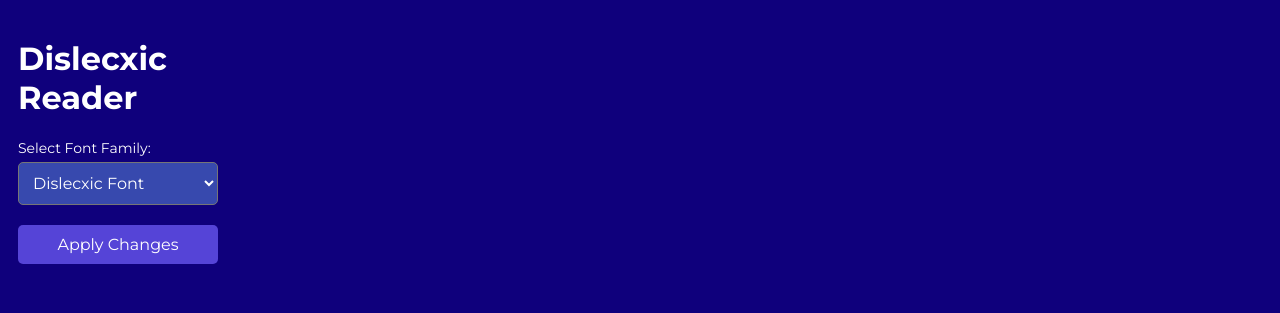
Repository: adatechschool/extension-navigateur-extension_walid_eliana_imelda
Page: Extention 3/popup.html
An editor plug-in stored every save of this project. The page is shown before and after the next save, followed by the edit.
The browser window is 1280 px wide. The pictures show the whole page.

Above is the page before, as saved 2024-01-16 23:49:32.

After the next save:
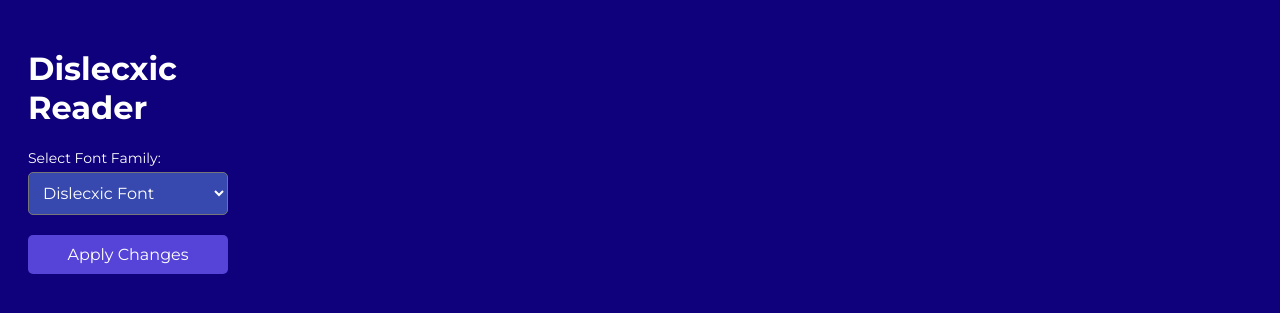
Saved 12 h 39 min later.
--- a/Extention 3/popup.css
+++ b/Extention 3/popup.css
@@ -1,9 +1,15 @@
+html,
 body {
     width: 200px;
     padding: 10px;
     background-color: #0f007c;
     border-radius: 5px;
 
+  }
+  @font-face {
+    font-family: 'OpenDyslexic';
+    src: url('OpenDyslexic-Regular.otf') format('truetype');
+    /* Ajoutez des variantes ici si nécessaire */
   }
 
   label {
